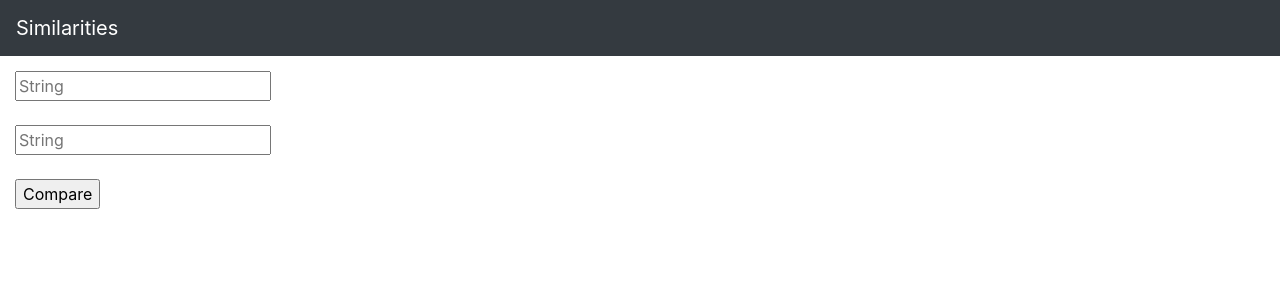
Repository: GiulianoSoria/CS50x
Page: http://localhost/
The author's editor kept a record of every edit. The page is drawn from the files as they stood at one moment, then again after the next edit.
The browser window is 1280 px wide. The pictures show the whole page.
Some web libraries are served in a nearby version. The page is served by the project's application, run on Flask 3 (pset6/similarities/more/application.py). Other server files are loaded and not shown.

Above is the page before.

### pset6/similarities/more/templates/index.html
{% extends "layout.html" %}

{% block body %}

    <div class="col">
        <form action="/compare" enctype="multipart/form-data" method="post">
            <div>
                <input name="file1" placeholder="String" type="text"/><br><br>
            </div>
            <div>
                <input name="file2" placeholder="String" type="text"/><br><br>
            </div>
            <div>
                <button type="submit">Compare</button>
            </div>
        </form>
    </div>

{% endblock %}

### pset6/similarities/more/templates/layout.html
<!DOCTYPE html>

<html lang="en">
    <head>

        <!-- Required meta tags -->
        <meta charset="utf-8"/>
        <meta name="viewport" content="width=device-width, initial-scale=1, shrink-to-fit=no"/>

        <!-- Bootstrap CSS -->
        <link href="https://maxcdn.bootstrapcdn.com/bootstrap/4.0.0-beta/css/bootstrap.min.css" rel="stylesheet"/>

        <link href="/static/styles.css" rel="stylesheet"/>

        <title>Similarities</title>

    </head>
    <body>

        <nav class="navbar fixed-top navbar-dark bg-dark">
            <a class="navbar-brand" href="/">Similarities</a>
        </nav>

        <div class="container-fluid">
            {% block body %}{% endblock %}
        </div>

        <!-- Optional JavaScript -->
        <script src="https://code.jquery.com/jquery-3.2.1.slim.min.js"></script>
        <script src="https://cdnjs.cloudflare.com/ajax/libs/popper.js/1.11.0/umd/popper.min.js"></script>
        <script src="https://maxcdn.bootstrapcdn.com/bootstrap/4.0.0-beta/js/bootstrap.min.js"></script>

    </body>
</html>

### pset6/similarities/more/application.py
import cs50
import re
from flask import Flask, abort, redirect, render_template, request
from html import escape
from werkzeug.exceptions import default_exceptions, HTTPException

from helpers import distances, Operation

# Web app
app = Flask(__name__)


@app.after_request
def after_request(response):
    """Disable caching"""
    response.headers["Cache-Control"] = "no-cache, no-store, must-revalidate"
    response.headers["Expires"] = 0
    response.headers["Pragma"] = "no-cache"
    return response


@app.route("/")
def index():
    """Handle requests for / via GET (and POST)"""
    return render_template("index.html")


@app.route("/score", methods=["POST"])
def score():
    """Handle requests for /score via POST"""

    # Read files
    s1 = request.form.get("string1")
    s2 = request.form.get("string2")
    if not s1 or not s2:
        abort(400, "missing strings")

    # Score files
    matrix = distances(s1, s2)

    # Extract operations from table
    operations = []
    i, j = len(s1), len(s2)
    while True:
        _, operation = matrix[i][j]
        if not operation:
            break
        if operation == Operation.INSERTED:
            j -= 1
        elif operation == Operation.DELETED:
            i -= 1
        else:
            i -= 1
            j -= 1
        operations.append(operation)
    operations.reverse()

    # Maintain list of intermediate strings, operation, and descriptions
    transitions = [(s1, None, None)]
    i = 0

    # Apply each operation
    prev = s1
    for operation in operations:

        # Update string and description of operation
        if operation == Operation.INSERTED:
            s = (prev[:i], s2[i], prev[i:])
            description = f"inserted '{s2[i]}'"
            prev = prev[:i] + s2[i] + prev[i:]
            i += 1
        elif operation == Operation.DELETED:
            s = (prev[:i], prev[i], prev[i + 1:])
            description = f"deleted '{prev[i]}'"
            prev = prev[:i] + prev[i + 1:]
        elif prev[i] != s2[i]:
            s = (prev[:i], s2[i], prev[i + 1:])
            description = f"substituted '{prev[i]}' with '{s2[i]}'"
            prev = prev[:i] + s2[i] + prev[i + 1:]
            i += 1
        else:
            i += 1
            continue
        transitions.append((s, str(operation), description))
    transitions.append((s2, None, None))

    # Output comparison
    return render_template("score.html", matrix=matrix, s1=s1, s2=s2, operations=transitions)


@app.errorhandler(HTTPException)
def errorhandler(error):
    """Handle errors"""
    return render_template("error.html", error=error), error.code


# https://github.com/pallets/flask/pull/2314
for code in default_exceptions:
    app.errorhandler(code)(errorhandler)

### pset6/similarities/more/static/styles.css
/* fill viewport, hide scroll bar */
html, body
{
    height: 100%;
    overflow: hidden;
}

/* ensure content is below navbar */
div.container-fluid
{
    padding-top: 56px;
}

/* remove padding within container */
div.container-fluid
{
    padding-left: 0;
    padding-right: 0;
}

/* fill viewport */
div.container-fluid, div.row, div.col, div.jumbotron
{
    height: 100%;
}

/* split viewport */
div.row
{
    height: 50%;
    margin-left: 0;
    margin-right: 0;
    overflow: scroll;
}

/* remove padding within column */
div.col
{
    padding: 0;
}

/* add padding around form */
form
{
    padding: 15px;
}

/* right-align leftmost column in matrix */
div.row:first-of-type td:first-child,
div.row:first-of-type th:first-child
{
    text-align: right;
}

/* don't wrap rows in log */
th
{
    white-space: nowrap;
}

span.badge
{
    margin-left: 15px;
}

/* highlight spans */
span.deleted
{
    background-color: #f00;
}
span.inserted
{
    background-color: #0f0;
}
span.substituted
{
    background-color: #ff0;
}

After the next edit:
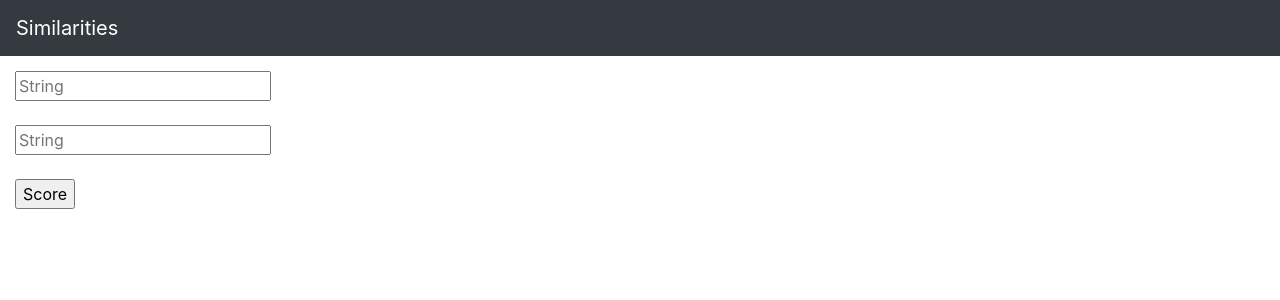
The edit:
--- a/pset6/similarities/more/templates/index.html
+++ b/pset6/similarities/more/templates/index.html
@@ -11,7 +11,7 @@
                 <input name="file2" placeholder="String" type="text"/><br><br>
             </div>
             <div>
-                <button type="submit">Compare</button>
+                <button type="submit">Score</button>
             </div>
         </form>
     </div>
